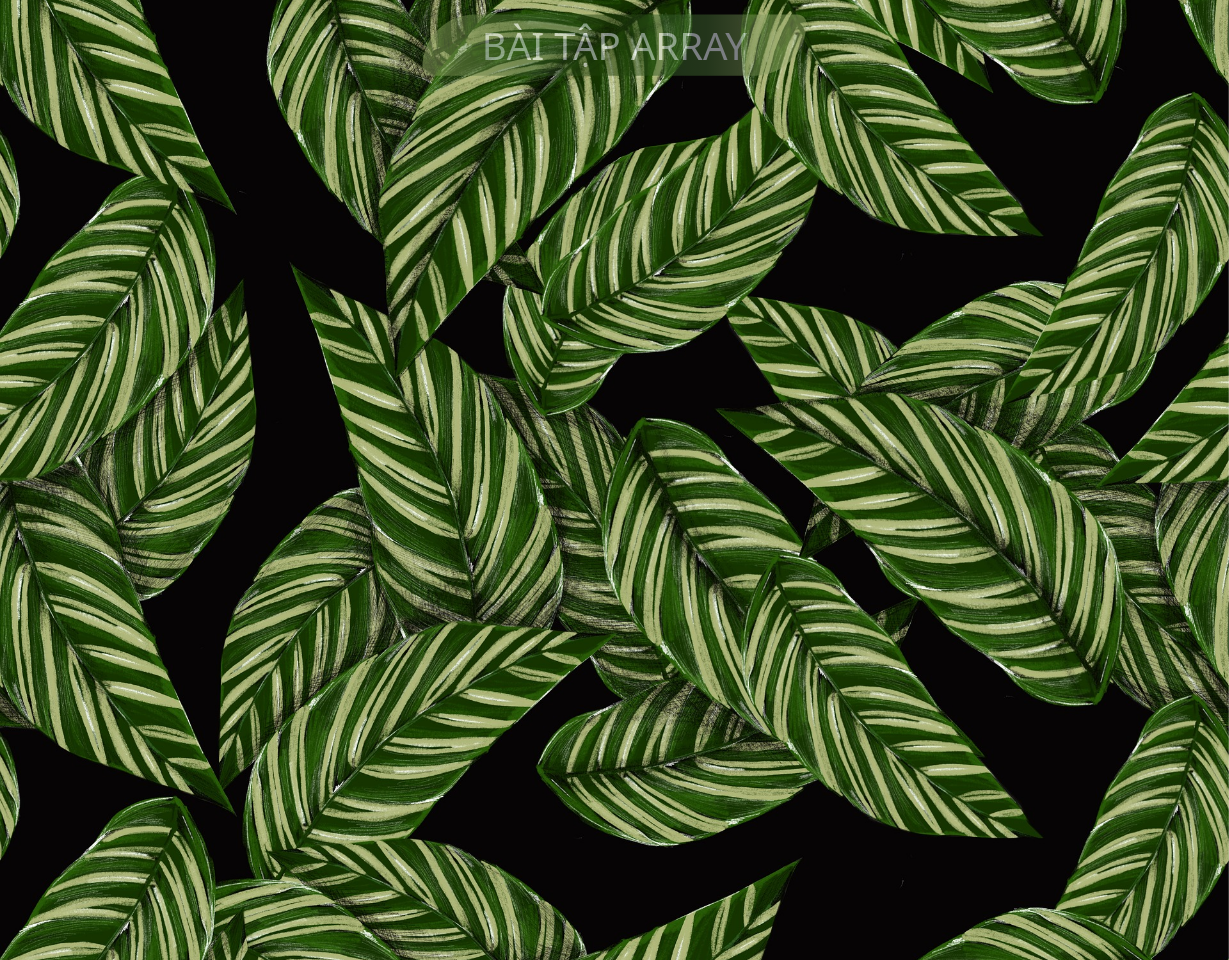
Repository: hcozyph/TranHuuPhuoc_BC43_BT_JS_Buoi7_8_ARRAY
Page: index.html
An editor plug-in stored every save of this project. The page is shown before and after the next save, followed by the edit.
The browser window is 1280 px wide. The pictures show the whole page, at 96% of full size.

Above is the page before, as saved 2023-02-20 21:31:38.

After the next save:
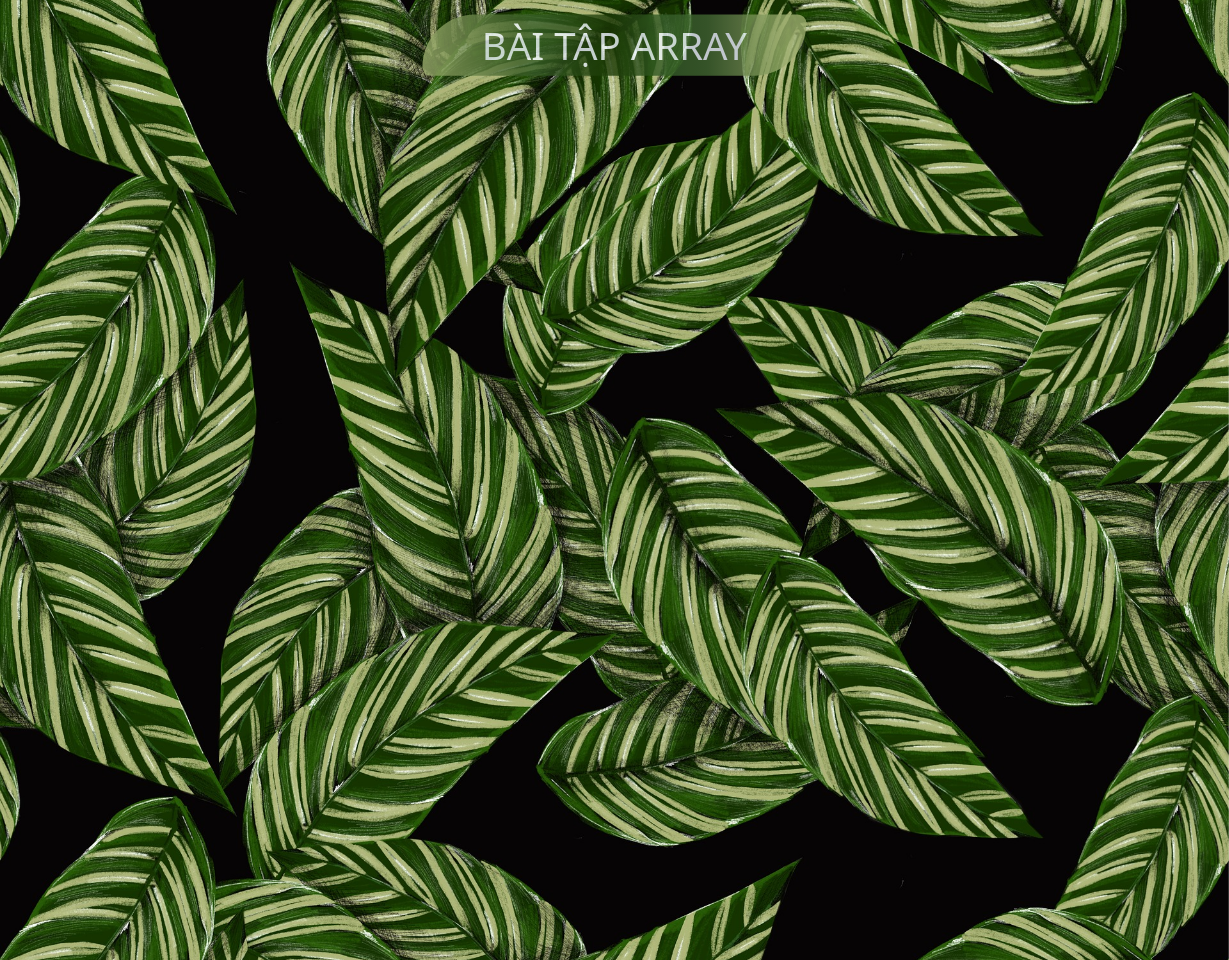
Saved 5 s later.
--- a/css/index.css
+++ b/css/index.css
@@ -22,7 +22,7 @@
     margin: 0 auto;
     width: 400px;
     border-radius: 60px 10px 60px 10px;
-    opacity: 0.5;
+    opacity: 0.8;
 
     font-size: 40px;
     font-weight: 700;
